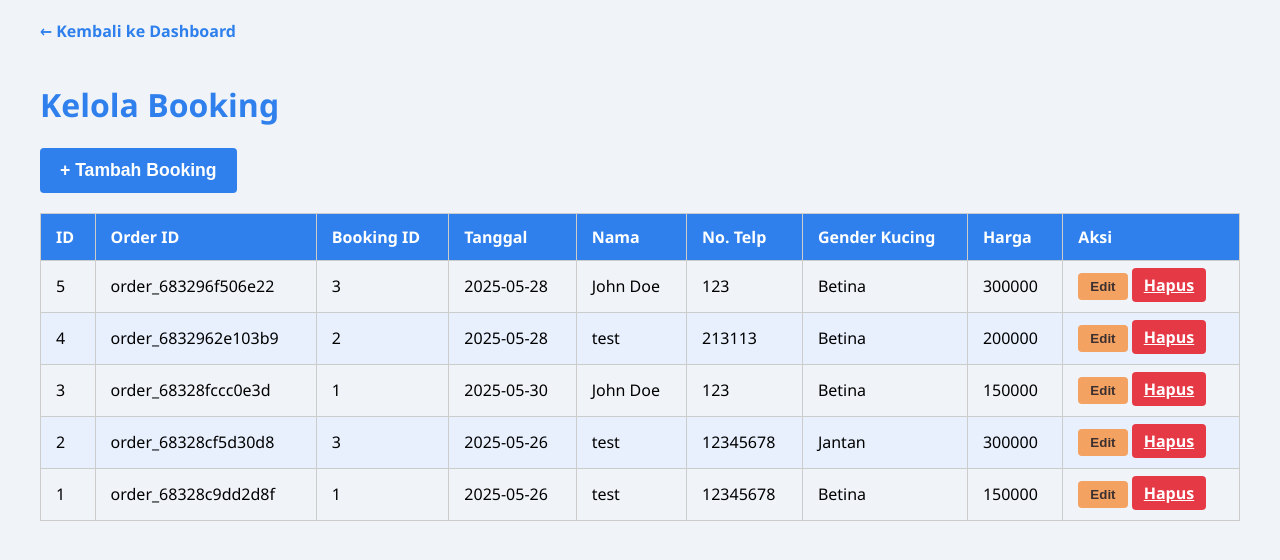
Repository: Senicccc/Shiroo-Pet-Store-Web-App
Page: http://localhost/admin/manage-bookings.php
An editor plug-in stored every save of this project. The page is shown before and after the next save, followed by the edit.
The browser window is 1280 px wide. The pictures show the whole page.
The page is run by PHP 8.4 with error messages shown; the project is at /var/www/html/. The session is filled in as if someone had signed in: {"admin_id": 3}. The database holds what the project's SQL file puts in it.

Above is the page before, as saved 2025-06-02 21:42:29.

After the next save:
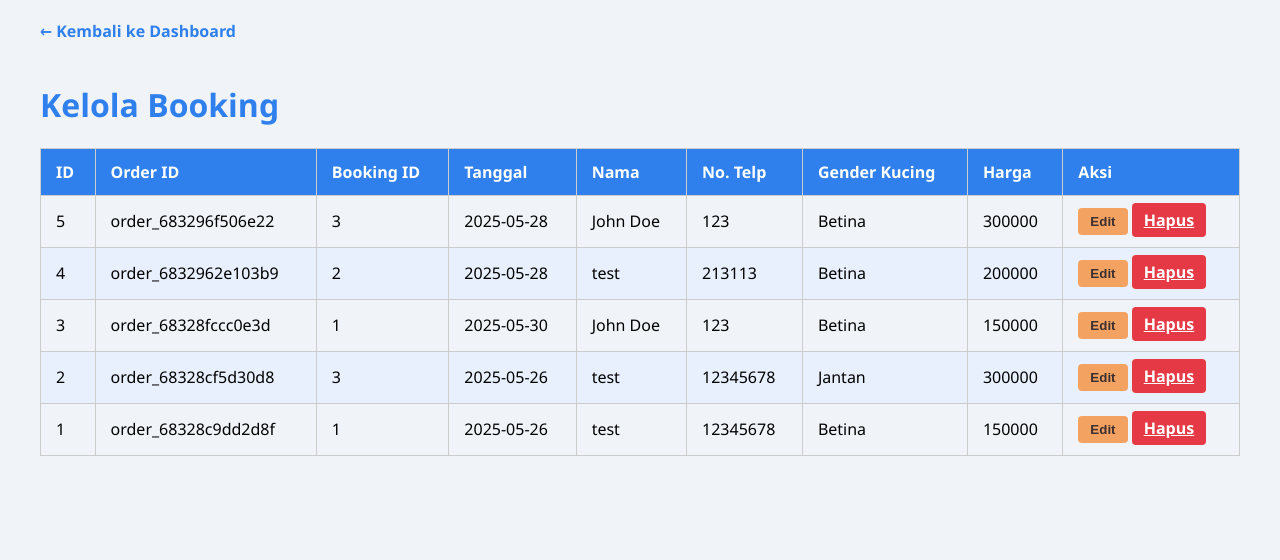
Console error: TypeError: Cannot set properties of null (setting 'onclick')
Saved 66 s later.
--- a/admin/manage-bookings.php
+++ b/admin/manage-bookings.php
@@ -91,7 +91,7 @@ $bookings = $result->fetch_all(MYSQLI_ASSOC);
     <div class="error"><?= htmlspecialchars($error) ?></div>
     <?php endif; ?>
 
-    <button class="btn-add" id="openAddModalBtn">+ Tambah Booking</button>
+    <!-- <button class="btn-add" id="openAddModalBtn">+ Tambah Booking</button> -->
 
     <table>
         <thead>
